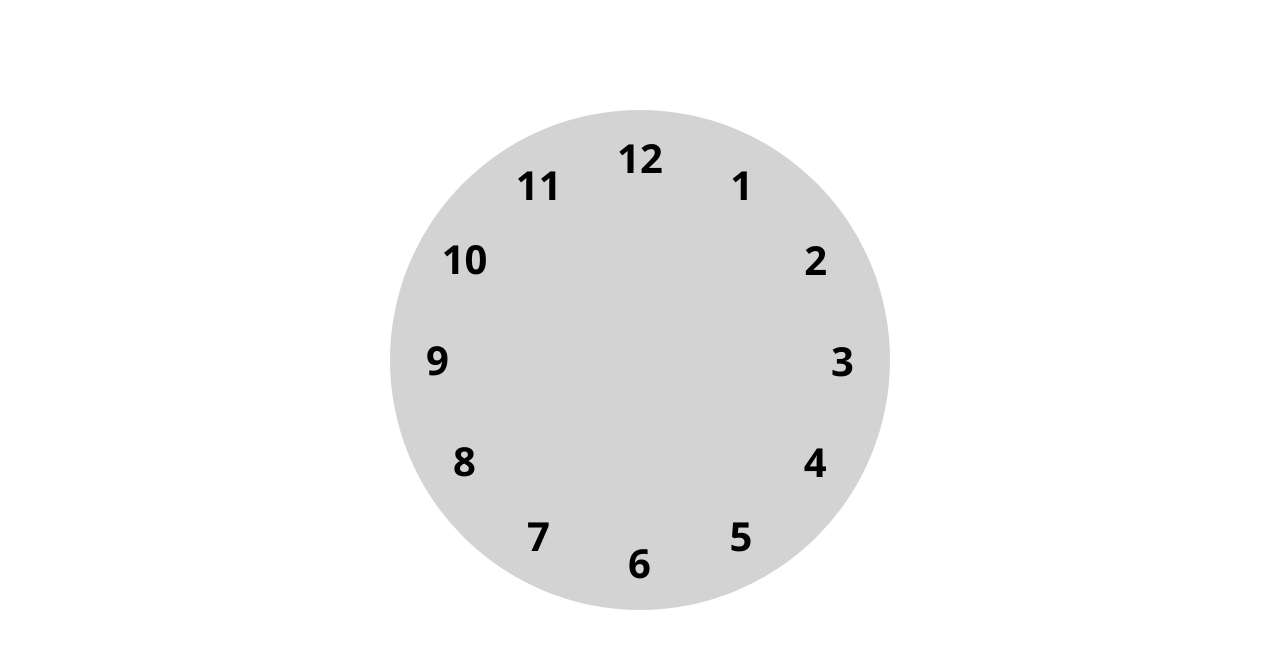
Repository: Suryansh-D/Cool-Clock
Page: index.html
The author's editor kept a copy of each file at every save. The page is drawn from the files as they stood at one save, then again after a run of saves.
The browser window is 1280 px wide. The pictures show the whole page.

Above is the page before, as saved 2024-01-30 15:35:04.

After the next 6 saves:
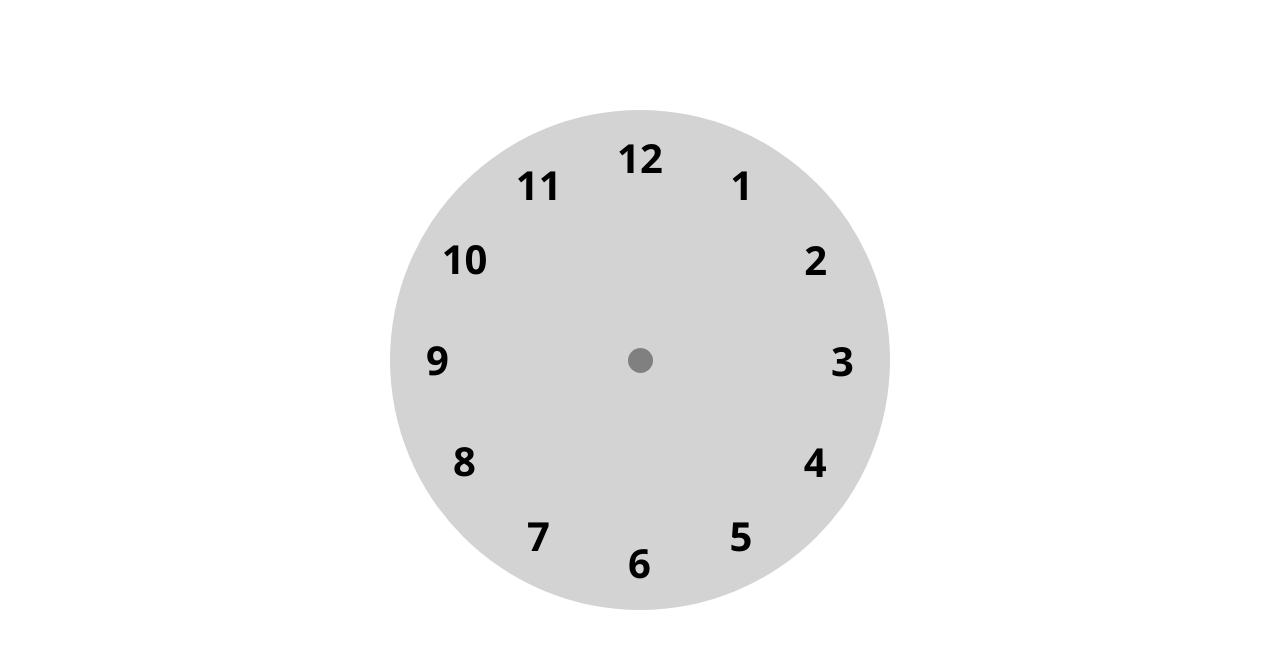
The 6 saves are shown as one change because they came seconds apart.
The last was saved 14 s later.
--- a/style.css
+++ b/style.css
@@ -37,6 +37,8 @@ body{
     position: absolute;
     width: 25px;
     height: 25px;
-    background-color: g;
+    background-color: gray;
+    border-radius: 50%;
+}
 
-}
+.
